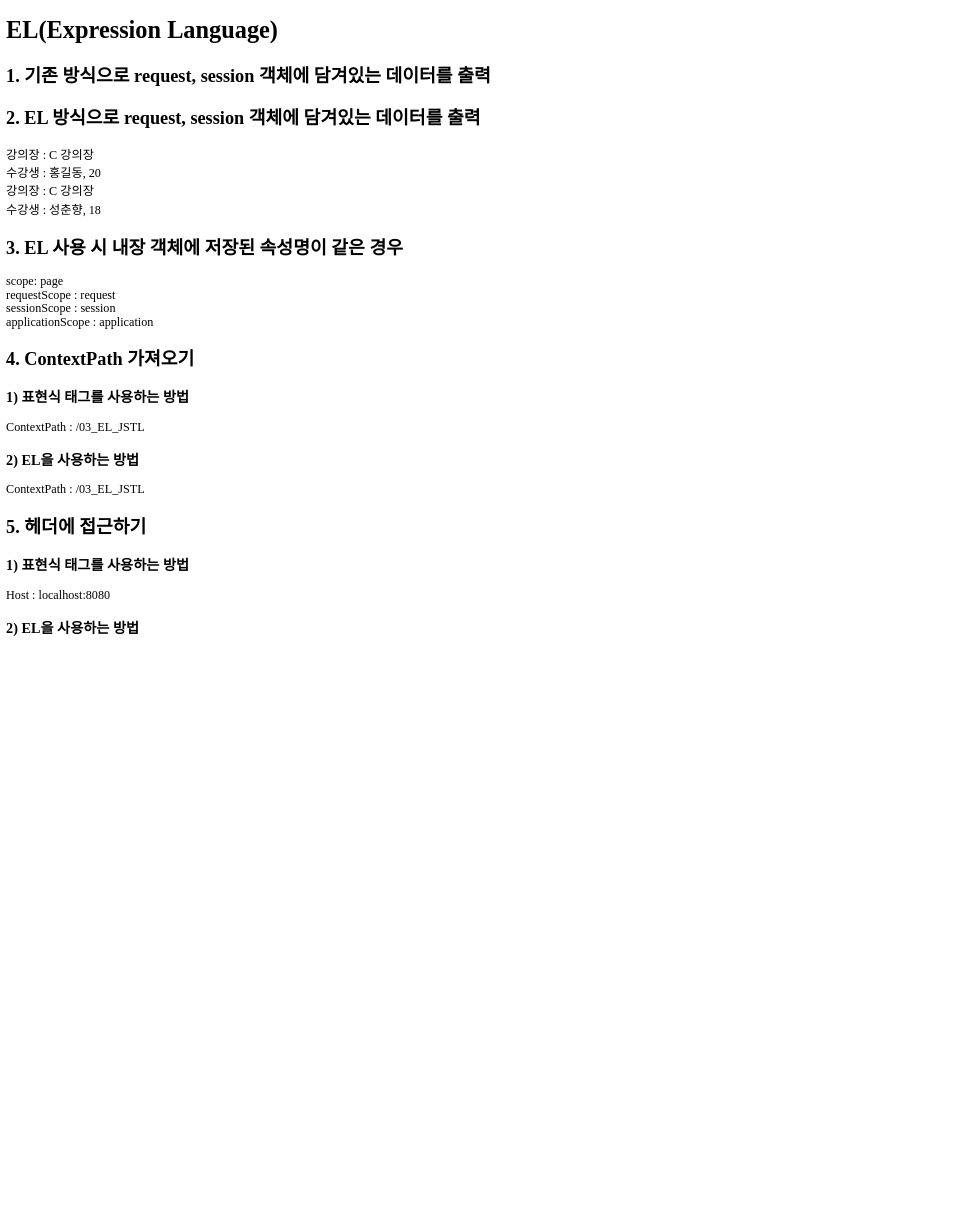
Repository: Parknogyung/Backend
Page: http://localhost/03_EL_JSTL/el.do
These files come from the project's save history. The page is drawn as it stood at one moment and after the next save; the edit follows.
The browser window is 1280 px wide. The pictures show the whole page, at 76% of full size.
The page is served by Tomcat 9.

Above is the page before, as saved 2022-07-12 02:32:17.

After the next save:
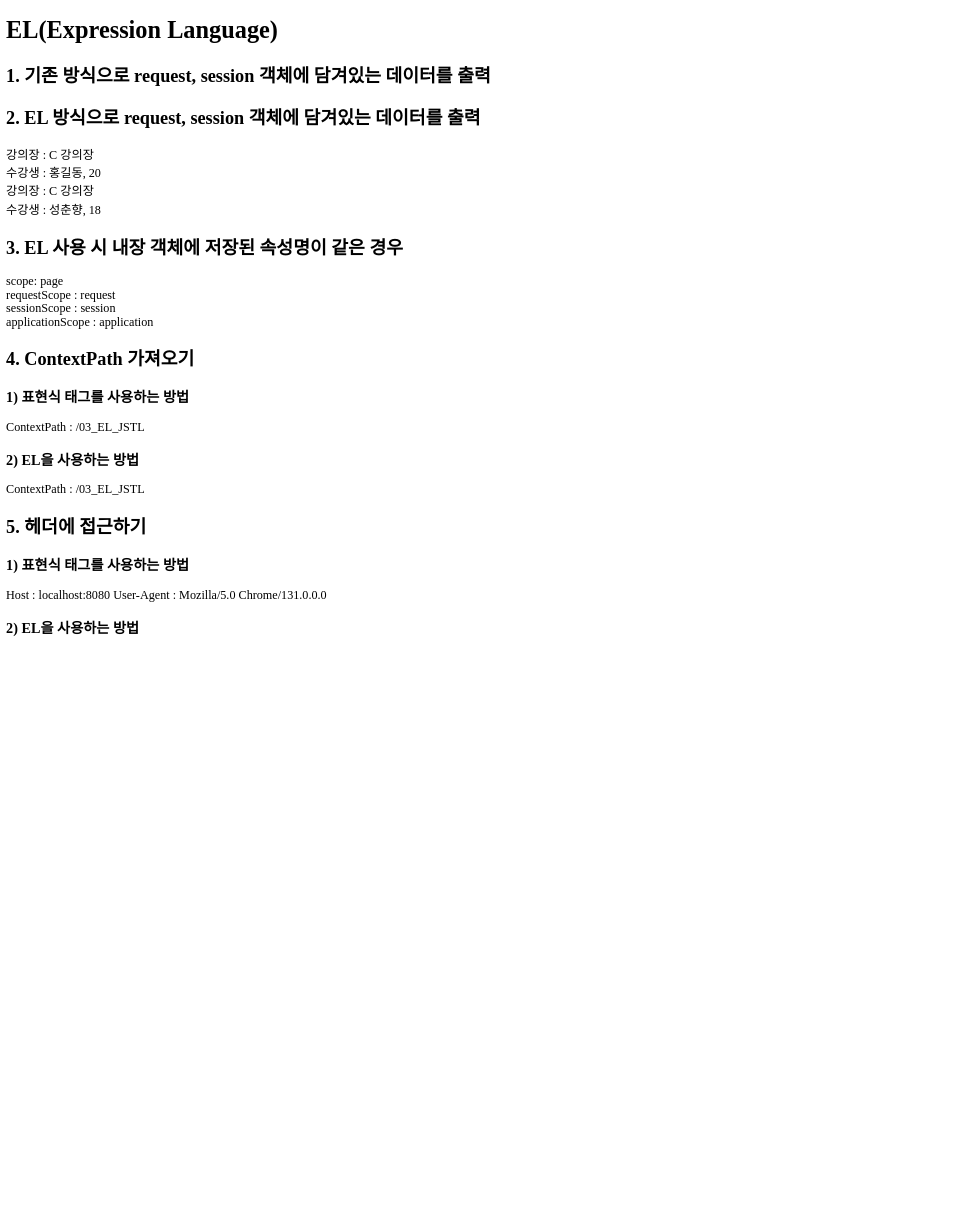
Saved 88 s later.
--- a/03_EL_JSTL/src/main/webapp/views/el/el.jsp
+++ b/03_EL_JSTL/src/main/webapp/views/el/el.jsp
@@ -56,6 +56,7 @@
 	<h2>5. 헤더에 접근하기</h2>
 	<h3>1) 표현식 태그를 사용하는 방법</h3>
 	Host : <%= request.getHeader("host") %>
+	User-Agent : <%= request.getHeader("User-Agent") %>
 	<h3>2) EL을 사용하는 방법</h3>
 	<br><br><br><br><br><br><br>
 	<br><br><br><br><br><br><br>
